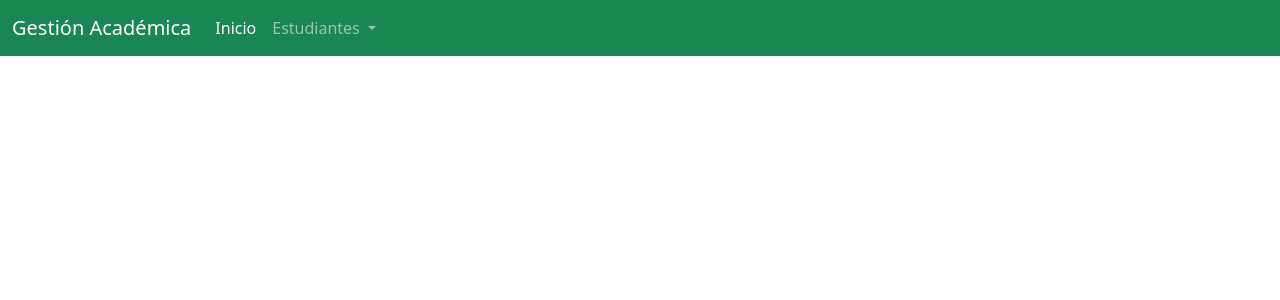
Repository: cesartomedes/frontacademico
Page: /
An editor plug-in stored every save of this project. The page is shown before and after a run of saves, followed by the edit.
The browser window is 1280 px wide. The pictures show the whole page.
The project was rebuilt for these pictures with package versions that can differ from the ones it lists, and the page was loaded fresh each time. Also part of the build but not shown: vue.config.js, src/components/HelloWorld.vue, src/views/EstudianteNew.vue, src/views/EstudianteEdit.vue, src/views/EstudianteView.vue.

Above is the page before, as saved 2023-10-24 15:43:18.

### src/main.js
import { createApp } from 'vue'
import App from './App.vue'
import router from './router'
import store from './store'
import '@fortawesome/fontawesome-free/css/all.min.css'
import 'bootstrap/dist/css/bootstrap.css'


createApp(App).use(store).use(router).mount('#app')

import 'bootstrap/dist/js/bootstrap'

### src/App.vue
<template>
      <nav class="navbar navbar-expand-lg navbar-dark bg-success">
        <div class="container-fluid">
          <a class="navbar-brand" href="#">Gestión Académica</a>
          <button class="navbar-toggler" type="button" data-bs-toggle="collapse" data-bs-target="#navbarSupportedContent" aria-controls="navbarSupportedContent" aria-expanded="false" aria-label="Toggle navigation">
            <span class="navbar-toggler-icon"></span>
          </button>
          <div class="collapse navbar-collapse" id="navbarSupportedContent">
            <ul class="navbar-nav me-auto mb-2 mb-lg-0">
              <li class="nav-item">
                <a class="nav-link active" aria-current="page" href="#">Inicio</a>
              </li>

              <li class="nav-item dropdown">
                <a class="nav-link dropdown-toggle" href="#" role="button" data-bs-toggle="dropdown" aria-expanded="false">
                  Estudiantes
                </a>
                <ul class="dropdown-menu">

                  <li>
                    <router-link class="dropdown-item" to="/">Listar Estudiantes</router-link>
                  </li>

                  <li>
                    <router-link class="dropdown-item" to="/createE">Registrar Nuevo</router-link>
                  </li>
                  <li><hr class="dropdown-divider"></li>
                  <li><a class="dropdown-item" href="#">Something else here</a></li>
                </ul>
              </li>
            </ul>

          </div>
        </div>
    </nav>
    <div class="container-fluid">
      <router-view/>
    </div>

</template>

### src/router/index.js
import { createRouter, createWebHashHistory } from 'vue-router'
import HomeView from '../views/HomeView.vue'
import EstudianteNew from '../views/EstudianteNew.vue'
import EstudianteEdit from '../views/EstudianteEdit.vue'
import EstudianteView from '../views/EstudianteView.vue'

const routes = [
  {
    path: '/',
    name: 'home',
    component: HomeView
  },

  {
    path: '/createE',
    name: 'createE',
    component: EstudianteNew
  },

  {
    path: '/editE/:id',
    name: 'editE',
    component: EstudianteEdit
  },

  {
    path: '/viewE/:id',
    name: 'viewE',
    component: EstudianteView
  }
]

const router = createRouter({
  history: createWebHashHistory(),
  routes
})

export default router

### src/views/HomeView.vue
<template>
      <div class="row">
        <div class="col-lg-8 offset-lg-2">
          <div class="table-responsive">
            <table class="table table-bordered table-hover">

            </table>
          </div>
        </div>
      </div>
</template>

<script>
// @ is an alias to /src
import HelloWorld from '@/components/HelloWorld.vue'

export default {
  name: 'HomeView',
  components: {
    HelloWorld
  }
}
</script>

Loaded but not shown: public/index.html (common file); src/store/index.js (common file)

After the next 5 saves:
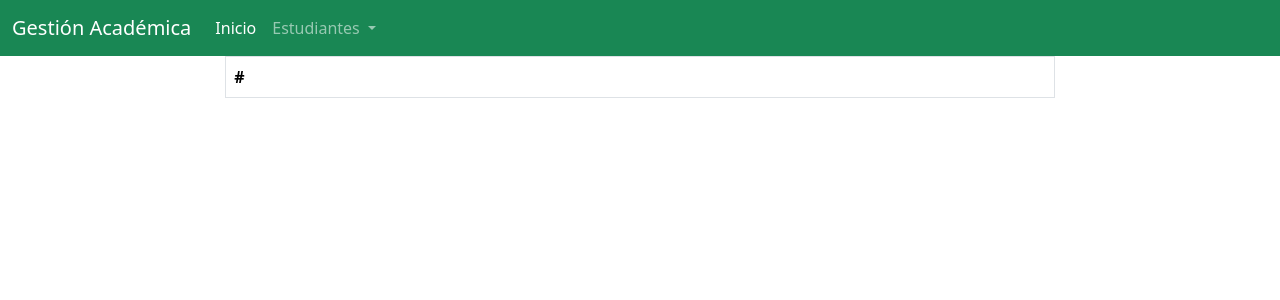
The 5 saves are shown as one change because they came seconds apart.
The last was saved 13 s later.
--- a/src/views/HomeView.vue
+++ b/src/views/HomeView.vue
@@ -3,7 +3,11 @@
         <div class="col-lg-8 offset-lg-2">
           <div class="table-responsive">
             <table class="table table-bordered table-hover">
-
+              <thead>
+                <tr>
+                  <th>#</th>
+                </tr>
+              </thead>
             </table>
           </div>
         </div>
